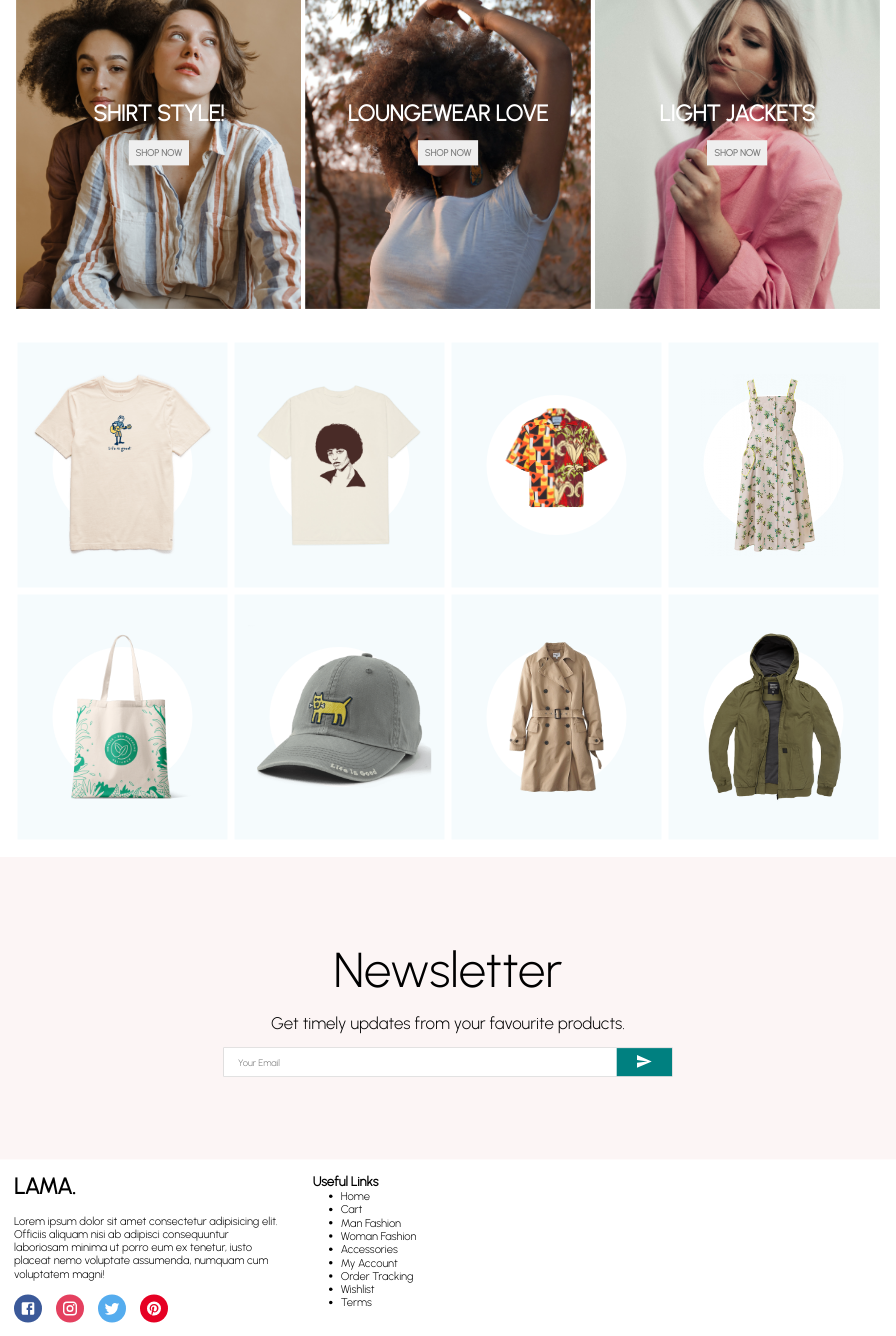
Repository: kmvaghela/ECOMMERCE
Page: /
These files come from the project's save history. The page is drawn as it stood at one moment and after the next save; the edit follows.
The browser window is 1280 px wide. The pictures show the part of the page from y = 896 to 2816 px (the page is 2805 px tall before and 2816 px after), at 70% of full size.
The project was rebuilt for these pictures with package versions that can differ from the ones it lists, and the page was loaded fresh each time.

Above is the page before, as saved 2022-02-23 19:58:07.

### public/index.html
<!DOCTYPE html>
<html lang="en">

<head>
  <meta charset="utf-8" />
  <meta name="viewport" content="width=device-width, initial-scale=1" />
  <meta name="description" content="Web site created using create-react-app" />
  <link href="https://fonts.googleapis.com/css2?family=Urbanist:wght@100;200;300&display=swap" rel="stylesheet">
  <style>
    * {
      margin: 0;
      font-family: 'Urbanist', sans-serif;
    }
  </style>
  <title>React App</title>
</head>

<body>
  <noscript>You need to enable JavaScript to run this app.</noscript>
  <div id="root"></div>
</body>

</html>

### src/pages/Home.jsx
import React from "react";
import Announcement from "../components/Announcement";
import Categories from "../components/Categories";
import Navbar from "../components/Navbar";
import Products from "../components/Products";
import Slider from "../components/Slider";
import Newsletter from "../components/Newsletter";
import Footer from "../components/Footer";

const Home = () => {
  return (
    <div>
      <Announcement />
      <Navbar />
      <Slider />
      <Categories />
      <Products />
      <Newsletter />
      <Footer />
    </div>
  );
};
export default Home;

### src/components/Announcement.jsx
import styled from "styled-components";

const Container = styled.div`
  height: 30px;
  background-color: teal;
  color: white;
  display: flex;
  align-items: center;
  justify-content: center;
  font-size: 14;
  font-weight: 500;
`;

const Announcement = () => {
  return (
    <Container>
      Super Deal! Free Shipping on Order Over $50
    </Container>
  );
};

export default Announcement;

### src/components/Categories.jsx
import styled from "styled-components";
import { categories } from "../data";
import CategoryItem from "./CategoryItem";

const Container = styled.div`
  display: flex;
  padding: 20px;
  justify-content: space-between;
`;

const Categories = () => {
  return (
    <Container>
      {categories.map((item) => (
        <CategoryItem item={item} key={item.id}/>
      ))}
    </Container>
  );
};

export default Categories;

### src/components/Navbar.jsx
import React from "react";
import styled from "styled-components";
import SearchOutlinedIcon from "@mui/icons-material/SearchOutlined";
import ShoppingCartOutlinedIcon from "@mui/icons-material/ShoppingCartOutlined";
import Badge from "@mui/material/Badge";

const Container = styled.div`
  height: 60px;
`;
const Wrapper = styled.div`
  padding: 10px 20px;
  display: flex;
  align-items: center;
  justify-content: space-between;
`;
const Left = styled.div`
  flex: 1;
  display: flex;
  align-items: center;
`;
const Language = styled.span`
  font-size: 14;
  cursor: pointer;
`;
const SearchContainer = styled.div`
  border: 0.5px solid lightgray;
  display: flex;
  align-items: center;
  margin-left: 25px;
  padding: 5px;
`;
const Input = styled.input`
  border: none;
`;

const Center = styled.div`
  flex: 2;
`;
const Logo = styled.h1`
  font-weight: bold;
  text-align: center;
`;

const Right = styled.div`
  flex: 1;
  display: flex;
  align-items: center;
  justify-content: flex-end;
`;
const MenuItem = styled.div`
  font-size: 14;
  cursor: pointer;
  margin-left: 25px;
`;

const Navbar = () => {
  return (
    <Container>
      <Wrapper>
        <Left>
          <Language>EN</Language>
          <SearchContainer>
            <Input />
            <SearchOutlinedIcon style={{color:"gray",fontSize:16}}/>
          </SearchContainer>
        </Left>
        <Center>
          <Logo>LAMA.</Logo>
        </Center>
        <Right>
          <MenuItem>REGISTER</MenuItem>
          <MenuItem>SIGN IN</MenuItem>
          <MenuItem>
            <Badge badgeContent={1} color="primary">
              <ShoppingCartOutlinedIcon />
            </Badge>
          </MenuItem>
        </Right>
      </Wrapper>
    </Container>
  );
};
export default Navbar;

### src/components/Products.jsx
import React from "react";
import styled from "styled-components";
import { popularProducts } from "../data";
import Product from "./Product";

const Container = styled.div`
  padding: 20px;
  display: flex;
  flex-wrap: wrap;
  justify-content: space-between;
`;

const Products = () => {
  return (
    <Container>
      {popularProducts.map((item) => (
        <Product item={item} key={item.id} />
      ))}
    </Container>
  );
};

export default Products;

### src/components/Slider.jsx
import React, { useState } from "react";
import styled from "styled-components";
import { ArrowLeftOutlined, ArrowRightOutlined } from "@mui/icons-material";
import { sliderItems } from "../data";
const Container = styled.div`
  width: 100%;
  height: 100vh;
  display: flex;
  position: relative;
  overflow: hidden;
`;
const Arrow = styled.div`
  width: 50px;
  height: 50px;
  background-color: #fff7f7;
  border-radius: 50%;
  display: flex;
  align-items: center;
  justify-content: center;
  position: absolute;
  top: 0;
  bottom: 0;
  left: ${(props) => props.direction === "left" && "10px"};
  right: ${(props) => props.direction === "right" && "10px"};
  margin: auto;
  cursor: pointer;
  opacity: 0.5;
  z-index: 2;
`;

const Wrapper = styled.div`
  height: 100%;
  display: flex;
  transform: translateX(${(props) => props.slideIndex * -100}vw);
  transition: all 1.5s ease;
`;

const Slide = styled.div`
  width: 100vw;
  height: 100vh;
  display: flex;
  align-items: center;
  background-color: ${(props) => props.bg};
`;
const ImgContainer = styled.div`
  height: 100%;
  flex: 1;
`;
const InfoContainer = styled.div`
  flex: 1;
  padding: 50px;
`;
const Image = styled.img`
  height: 80%;
`;

const Title = styled.h1`
  font-size: 70px;
`;
const Desc = styled.p`
  margin: 50px 20px;
  font-size: 20px;
  font-weight: 500;
  letter-spacing: 3px;
`;
const Button = styled.button`
  padding: 10px;
  font-size: 20px;
  background-color: transparent;
  cursor: pointer;
`;

const Slider = () => {
  const [slideIndex, setSlideIndex] = useState(0);
  const handleClick = (direction) => {
    if (direction === "left") {
      setSlideIndex(slideIndex > 0 ? slideIndex - 1 : 2);
    } else {
      setSlideIndex(slideIndex < 2 ? slideIndex + 1 : 0);
    }
  };
  return (
    <Container>
      <Arrow direction="left" onClick={() => handleClick("left")}>
        <ArrowLeftOutlined />
      </Arrow>
      <Wrapper slideIndex={slideIndex}>
        {sliderItems.map((item) => (
          <Slide bg={item.bg} key={item.id}>
            <ImgContainer>
              <Image src={item.img} alt="" />
            </ImgContainer>
            <InfoContainer>
              <Title>{item.title}</Title>
              <Desc>{item.desc}</Desc>
              <Button>SHOW NOW</Button>
            </InfoContainer>
          </Slide>
        ))}
      </Wrapper>
      <Arrow direction="right" onClick={() => handleClick("right")}>
        <ArrowRightOutlined />
      </Arrow>
    </Container>
  );
};

export default Slider;

### src/components/Newsletter.jsx
import React from "react";
import styled from "styled-components";
import SendIcon from "@mui/icons-material/Send";

const Container = styled.div`
  height: 60vh;
  background-color: #fcf5f5;
  display: flex;
  align-items: center;
  justify-content: center;
  flex-direction: column;
`;

const Title = styled.h1`
  font-size: 70px;
  margin-bottom: 20px;
  font-weight: 300;
`;

const Description = styled.div`
  font-size: 24px;
  margin-bottom: 20px;
`;

const InputContainer = styled.div`
  width: 50%;
  height: 40px;
  background-color: white;
  display: flex;
  justify-content: space-between;
  border: 1px solid lightgray;
`;

const Input = styled.input`
  border: none;
  flex: 8;
  padding-left: 20px;
`;

const Button = styled.button`
  flex: 1;
  border: none;
  background-color: teal;
  color: white;
`;

const Newsletter = () => {
  return (
    <Container>
      <Title>Newsletter</Title>
      <Description>
        Get timely updates from your favourite products.
      </Description>
      <InputContainer>
        <Input placeholder="Your Email" />
        <Button>
          <SendIcon />
        </Button>
      </InputContainer>
    </Container>
  );
};

export default Newsletter;

### src/components/Footer.jsx
import React from "react";
import styled from "styled-components";
import FacebookIcon from "@mui/icons-material/Facebook";
import InstagramIcon from "@mui/icons-material/Instagram";
import TwitterIcon from "@mui/icons-material/Twitter";
import PinterestIcon from "@mui/icons-material/Pinterest";

const Container = styled.div`
  display: flex;
`;

const Left = styled.div`
  flex: 1;
  display: flex;
  flex-direction: column;
  padding: 20px;
`;
const Center = styled.div`
  flex: 1;
  padding: 20px;
`;
const Right = styled.div`
  flex: 1;
  padding: 20px;
`;

const Logo = styled.h1``;

const Description = styled.p`
  margin: 20px 0px;
`;

const SocialContainer = styled.div`
  display: flex;
`;

const SocialIcon = styled.div`
  height: 40px;
  width: 40px;
  border-radius: 50%;
  color: white;
  background-color: ${(props) => props.color};
  display: flex;
  align-items: center;
  justify-content: center;
  margin-right: 20px;
`;

const Title = styled.h3``;
const List = styled.ul``;
const ListItem = styled.li``;

const Footer = () => {
  return (
    <Container>
      <Left>
        <Logo>LAMA.</Logo>
        <Description>
          Lorem ipsum dolor sit amet consectetur adipisicing elit. Officiis
          aliquam nisi ab adipisci consequuntur laboriosam minima ut porro eum
          ex tenetur, iusto placeat nemo voluptate assumenda, numquam cum
          voluptatem magni!
        </Description>
        <SocialContainer>
          <SocialIcon color="#3B5999">
            <FacebookIcon />
          </SocialIcon>
          <SocialIcon color="#E4405F">
            <InstagramIcon />
          </SocialIcon>
          <SocialIcon color="#55ACEE">
            <TwitterIcon />
          </SocialIcon>
          <SocialIcon color="#E60023">
            <PinterestIcon />
          </SocialIcon>
        </SocialContainer>
      </Left>

      <Center>
        <Title>Useful Links</Title>
        <List>
          <ListItem>Home</ListItem>
          <ListItem>Cart</ListItem>
          <ListItem>Man Fashion</ListItem>
          <ListItem>Woman Fashion</ListItem>
          <ListItem>Accessories</ListItem>
          <ListItem>My Account</ListItem>
          <ListItem>Order Tracking</ListItem>
          <ListItem>Wishlist</ListItem>
          <ListItem>Terms</ListItem>
        </List>
      </Center>

      <Right></Right>
    </Container>
  );
};

export default Footer;

### src/data.js
import img1 from "./assets/1.png";
import img2 from "./assets/2.png";
import img3 from "./assets/3.png";
import caterogryImg1 from "./assets/category-item-images/1.jpg";
import caterogryImg2 from "./assets/category-item-images/2.jpg";
import caterogryImg3 from "./assets/category-item-images/3.jpg";
import ProductImg1 from "./assets/product-images/1.png";
import ProductImg2 from "./assets/product-images/2.png";
import ProductImg3 from "./assets/product-images/3.png";
import ProductImg4 from "./assets/product-images/4.png";
import ProductImg5 from "./assets/product-images/5.png";
import ProductImg6 from "./assets/product-images/6.png";
import ProductImg7 from "./assets/product-images/7.png";
import ProductImg8 from "./assets/product-images/8.png";

export const sliderItems = [
    {
        id: 1,
        img: img1,
        title: "SUMMER SALE",
        desc: "DON'T COMPROMISE ON STYLE! GET FLAT 30% OFF FOR NEW ARRIVALS.",
        bg: "#f5fafd",
    },
    {
        id: 2,
        img: img2,
        title: "AUTUMN COLLECTION",
        desc: "DON'T COMPROMISE ON STYLE! GET FLAT 30% OFF FOR NEW ARRIVALS.",
        bg: "#fcf1ed",
    },
    {
        id: 3,
        img: img3,
        title: "LOUNGEWEAR LOVE",
        desc: "DON'T COMPROMISE ON STYLE! GET FLAT 30% OFF FOR NEW ARRIVALS.",
        bg: "#fbf0f4",
    }
];

export const categories = [
    {
        id: 1,
        img: caterogryImg1,
        title: "SHIRT STYLE!",
    },
    {
        id: 2,
        img: caterogryImg2,
        title: "LOUNGEWEAR LOVE",
    },
    {
        id: 3,
        img: caterogryImg3,
        title: "LIGHT JACKETS",
    }
];

export const popularProducts = [
    {
        id: 1,
        img: ProductImg1,
    },
    {
        id: 2,
        img: ProductImg2,
    },
    {
        id: 3,
        img: ProductImg3,
    },
    {
        id: 4,
        img: ProductImg4,
    },
    {
        id: 5,
        img: ProductImg5,
    },
    {
        id: 6,
        img: ProductImg6,
    },
    {
        id: 7,
        img: ProductImg7,
    },
    {
        id: 8,
        img: ProductImg8,
    },

]

### src/components/CategoryItem.jsx
import React from "react";
import styled from "styled-components";

const Container = styled.div`
  flex: 1;
  margin: 3px;
  height: 70vh;
  position: relative;
`;

const Image = styled.img`
  width: 100%;
  height: 100%;
  object-fit: cover;
  background-color: coral;
`;
const Info = styled.div`
  position: absolute;
  top: 0;
  left: 0;
  width: 100%;
  height: 100%;
  display: flex;
  align-items: center;
  justify-content: center;
  flex-direction: column;
`;
const Title = styled.h1`
  color: white;
  margin-bottom: 20px;
`;
const Button = styled.button`
  border: none;
  padding: 10px;
  color: gray;
  cursor: pointer;
  font-weight: 600;
`;

const CategoryItem = ({ item }) => {
  return (
    <Container key={item.id}>
      <Image src={item.img} alt="not  found" />
      <Info>
        <Title>{item.title}</Title>
        <Button>SHOP NOW</Button>
      </Info>
    </Container>
  );
};

export default CategoryItem;

### src/components/Product.jsx
import React from "react";
import styled from "styled-components";
import ShoppingCartOutlined from "@mui/icons-material/ShoppingCartOutlined";
import SearchOutlined from "@mui/icons-material/SearchOutlined";
import FavoriteBorderOutlined from "@mui/icons-material/FavoriteBorderOutlined";

const Info = styled.div`
  width: 100%;
  height: 100%;
  position: absolute;
  top: 0;
  left: 0;
  z-index: 3;
  display: flex;
  align-items: center;
  justify-content: center;
  background-color: rgba(0, 0, 0, 0.2);
  opacity: 0;
  transition: all 0.5s ease;
  cursor: pointer;
`;

const Container = styled.div`
  flex: 1;
  margin: 5px;
  min-width: 280px;
  height: 350px;
  display: flex;
  align-items: center;
  justify-content: center;
  background-color: #f5fbfd;
  position: relative;

  &:hover ${Info} {
    opacity: 1;
  }
`;

const Circle = styled.div`
  background-color: white;
  width: 200px;
  height: 200px;
  border-radius: 50%;
  position: absolute;
`;

const Image = styled.img`
  height: 75%;
  z-index: 2;
`;

const Icon = styled.div`
  height: 40px;
  width: 40px;
  background-color: white;
  border-radius: 50%;
  display: flex;
  align-items: center;
  justify-content: center;
  margin: 10px;
  transition: all 0.5s ease;

  &:hover {
    background-color: #e9f5f5;
    transform: scale(1.1);
  }
`;

const Product = ({ item }) => {
  return (
    <Container>
      <Circle />
      <Image src={item.img} alt="" />
      <Info>
        <Icon>
          <ShoppingCartOutlined />
        </Icon>
        <Icon>
          <SearchOutlined />
        </Icon>
        <Icon>
          <FavoriteBorderOutlined />
        </Icon>
      </Info>
    </Container>
  );
};

export default Product;

Loaded but not shown: src/index.js (common file); src/App.jsx (common file)

After the next save:
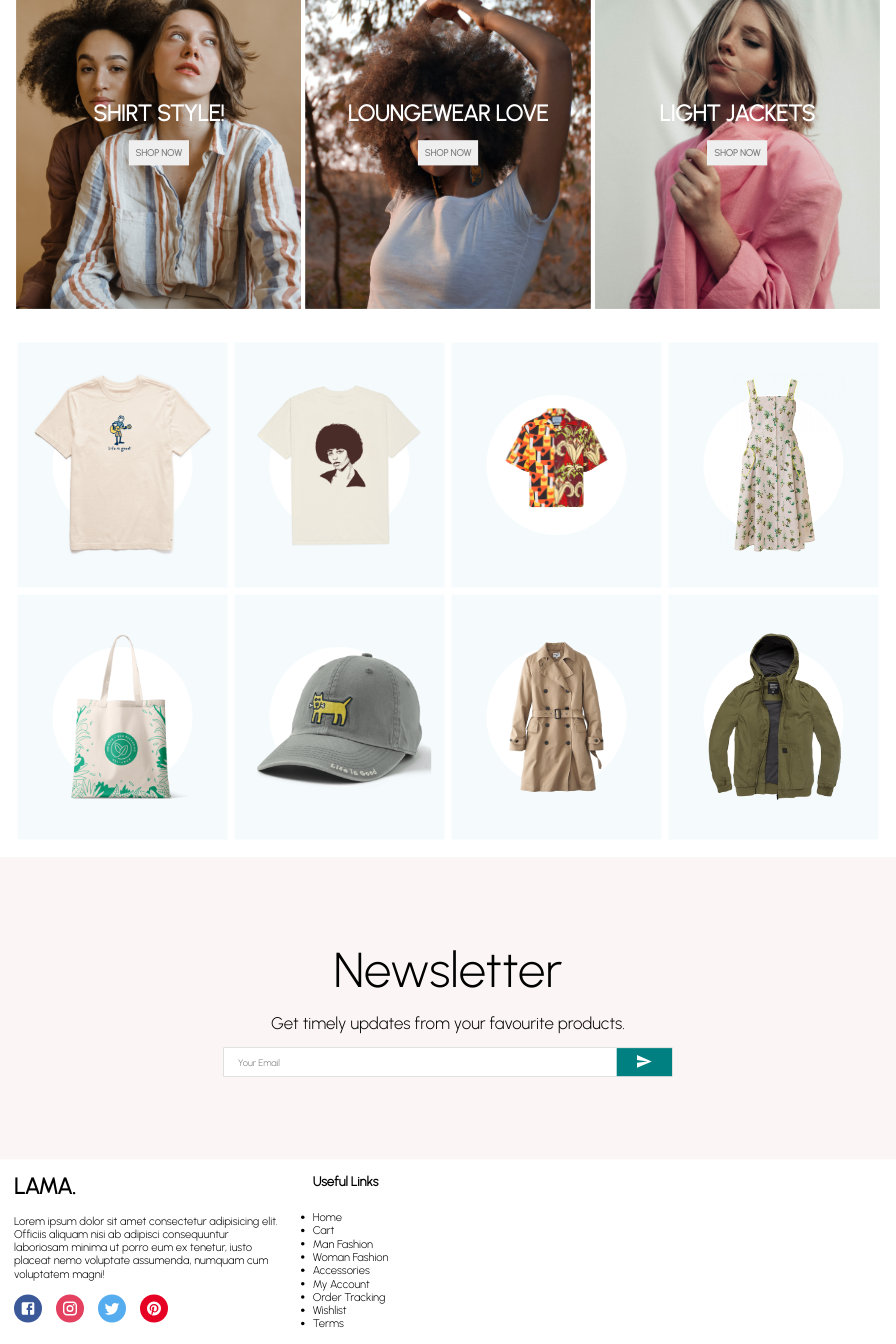
Saved 84 s later.
--- a/src/components/Footer.jsx
+++ b/src/components/Footer.jsx
@@ -46,8 +46,15 @@
   margin-right: 20px;
 `;
 
-const Title = styled.h3``;
-const List = styled.ul``;
+const Title = styled.h3`
+  margin-bottom: 30px;
+`;
+
+const List = styled.ul`
+  margin: 0;
+  padding: 0;
+`;
+
 const ListItem = styled.li``;
 
 const Footer = () => {
